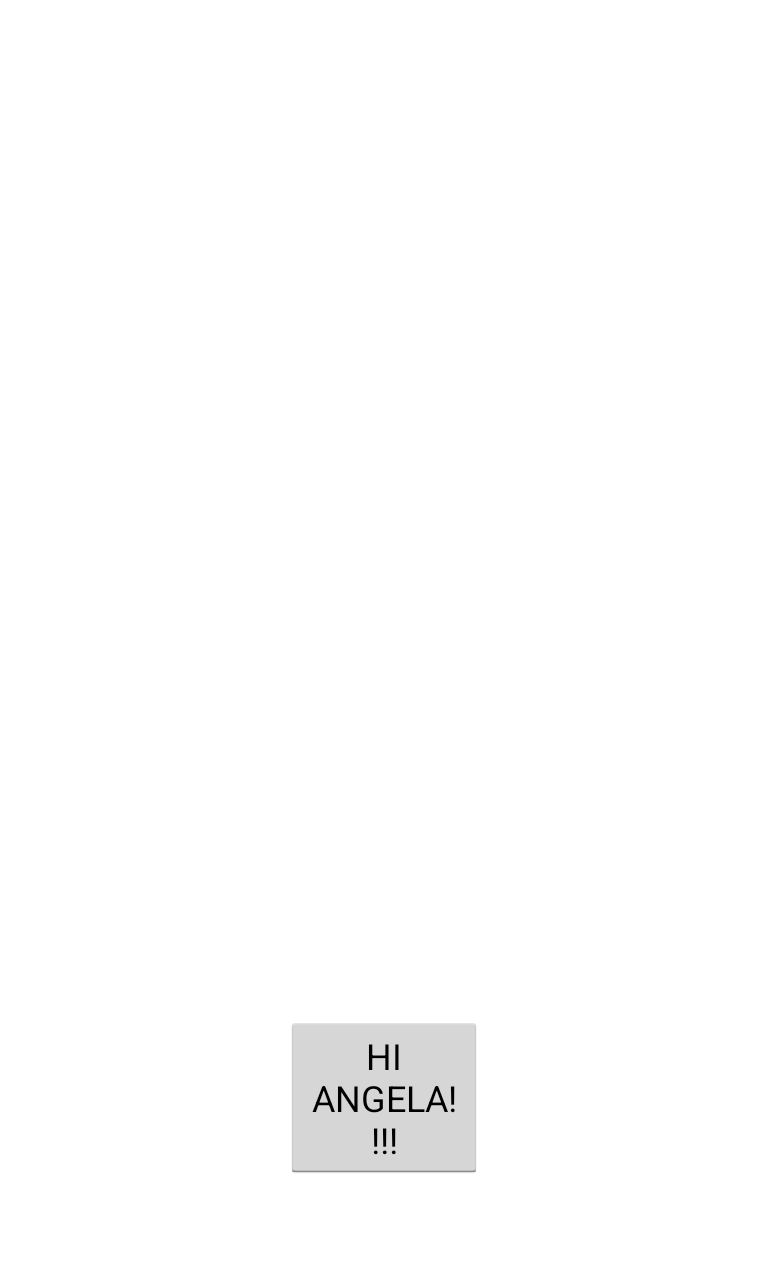
Repository: Kreispy/Sushi-Samurai
Layout: SushiNinja/res/layout/recipes.xml
The author's editor kept a copy of each file at every save. The layout is drawn from the files as they stood at one save, then again after the next save.
It is drawn on a 768 x 1280 px phone screen (xhdpi) without system bars, with theme AppTheme; the app's code is not run.

Above is the layout before, as saved 2013-04-27 10:52:06.

After the next save:
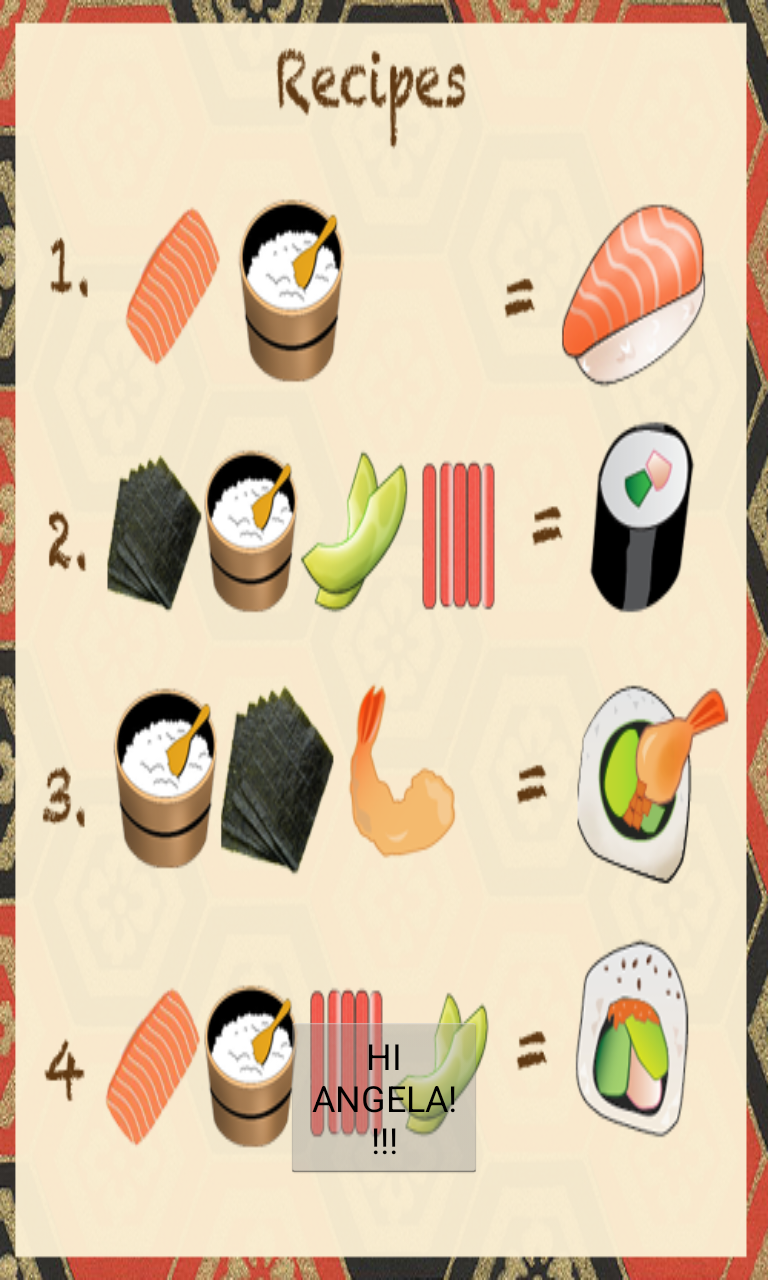
Saved 7 min 9 s later.
--- a/SushiNinja/res/layout/recipes.xml
+++ b/SushiNinja/res/layout/recipes.xml
@@ -1,7 +1,8 @@
 <?xml version="1.0" encoding="utf-8"?>
 <RelativeLayout xmlns:android="http://schemas.android.com/apk/res/android"
     android:layout_width="wrap_content"
-    android:layout_height="wrap_content" >
+    android:layout_height="wrap_content"
+    android:background="@drawable/recipeslist" >
 
      <Button
          android:id="@+id/understood"
